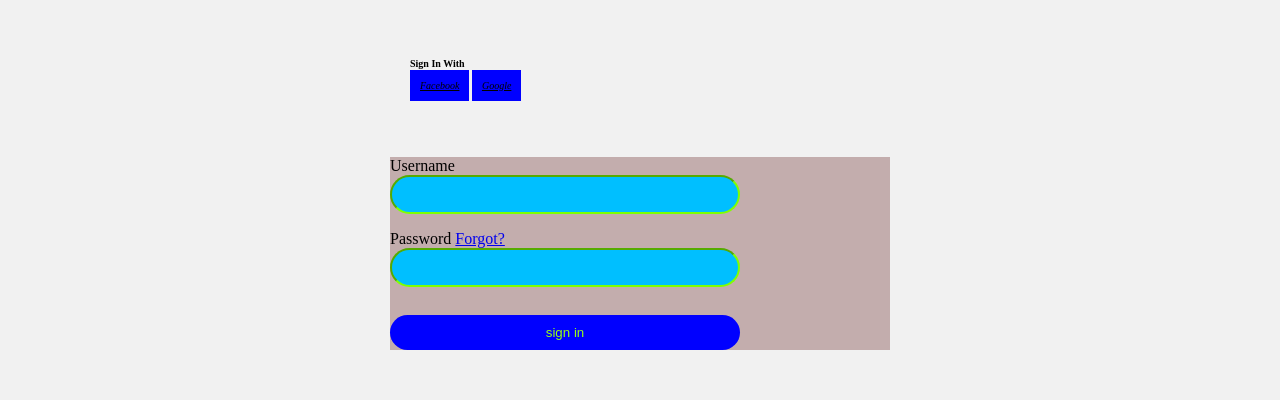
Repository: Tobby004/bdc-assignment-2
Page: index.html
These files come from the project's save history. The page is drawn as it stood at one moment and after the next save; the edit follows.
The browser window is 1280 px wide. The pictures show the whole page.

Above is the page before, as saved 2023-02-08 21:48:04.

After the next save:
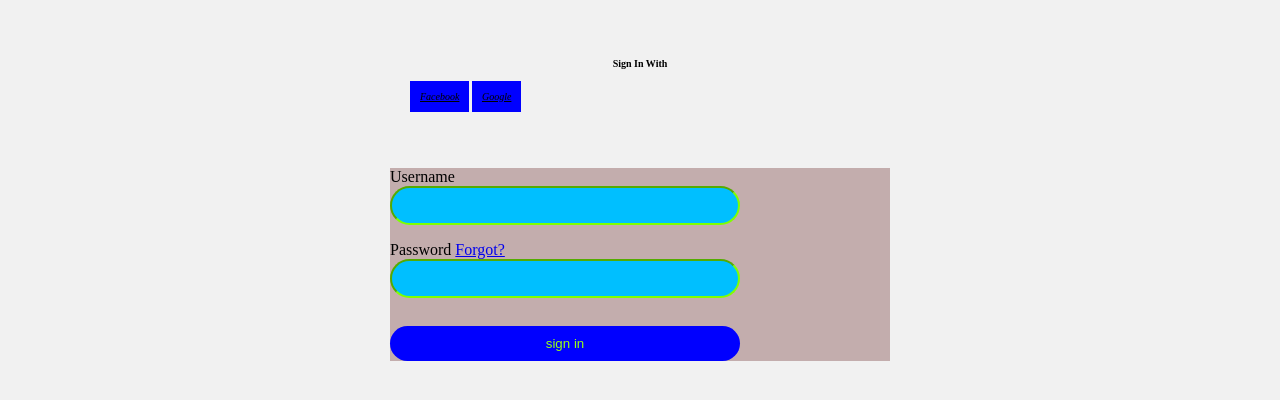
Saved 3 min 13 s later.
--- a/index.html
+++ b/index.html
@@ -11,7 +11,7 @@
     <header>
     <div class="flex-container">
             <b>
-                Sign In With
+             <center>Sign In With</center>
             </b>
         <br>
         <br>
--- a/task.css
+++ b/task.css
@@ -16,13 +16,18 @@ header a {
     background: blue;
     color: black;
 }
-.flex-container{
+.flex-container {
     margin:10px;
     display: block;
     padding: 20px;
     font-size: 10px;
     margin-left: auto;
     margin-right: auto;
+}
+.flex-container div {
+    max-width: 500px;
+    padding: 10px;
+    font-size: medium;
 
 }
 header div {
